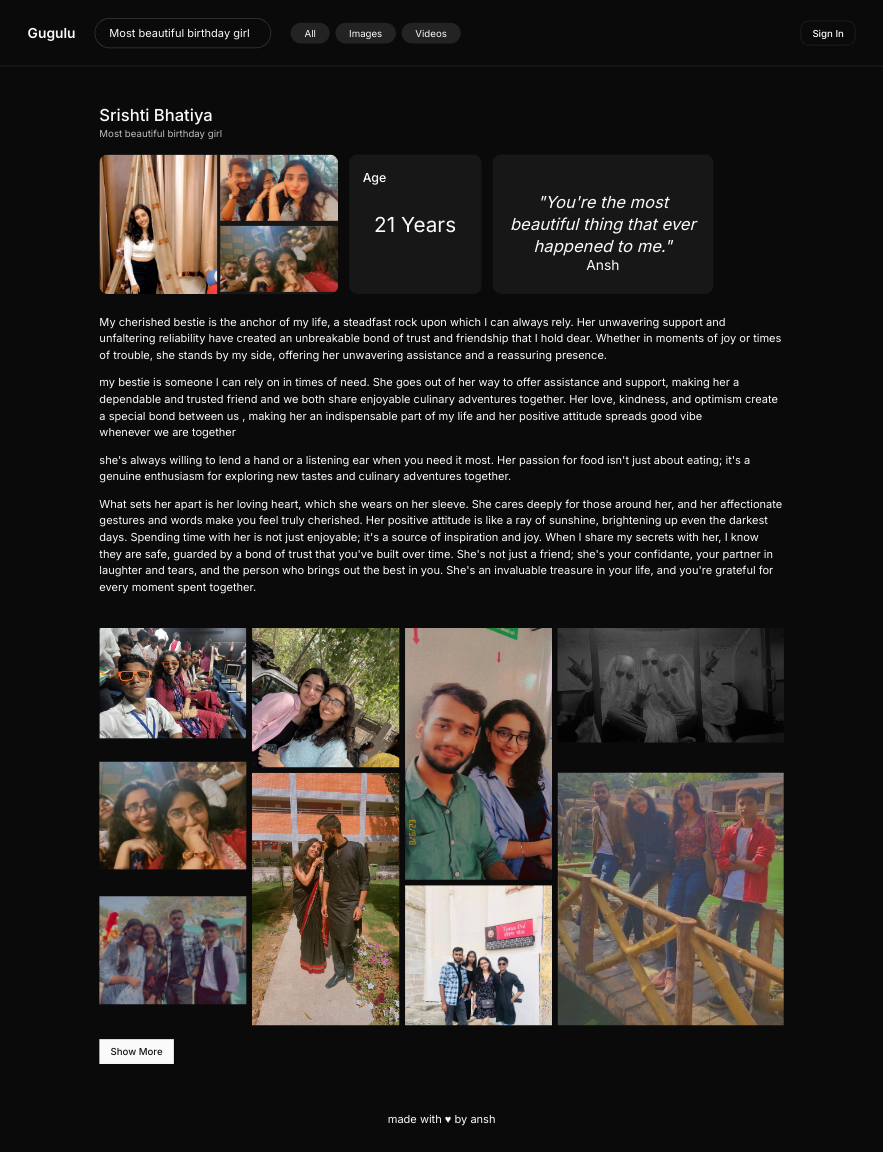
Repository: Harshgoel17/anshfinal
Page: /srishti
These files come from the project's save history. The page is drawn as it stood at one moment and after the next save; the edit follows.
The browser window is 1280 px wide. The pictures show the whole page, at 69% of full size.
The project was rebuilt for these pictures with package versions that can differ from the ones it lists, and the page was loaded fresh each time. The framework's server and built-in components were replaced by stand-ins that run in the browser. Also part of the build but not shown: next.config.js.

Above is the page before, as saved 2023-10-06 17:47:35.

After the next save:
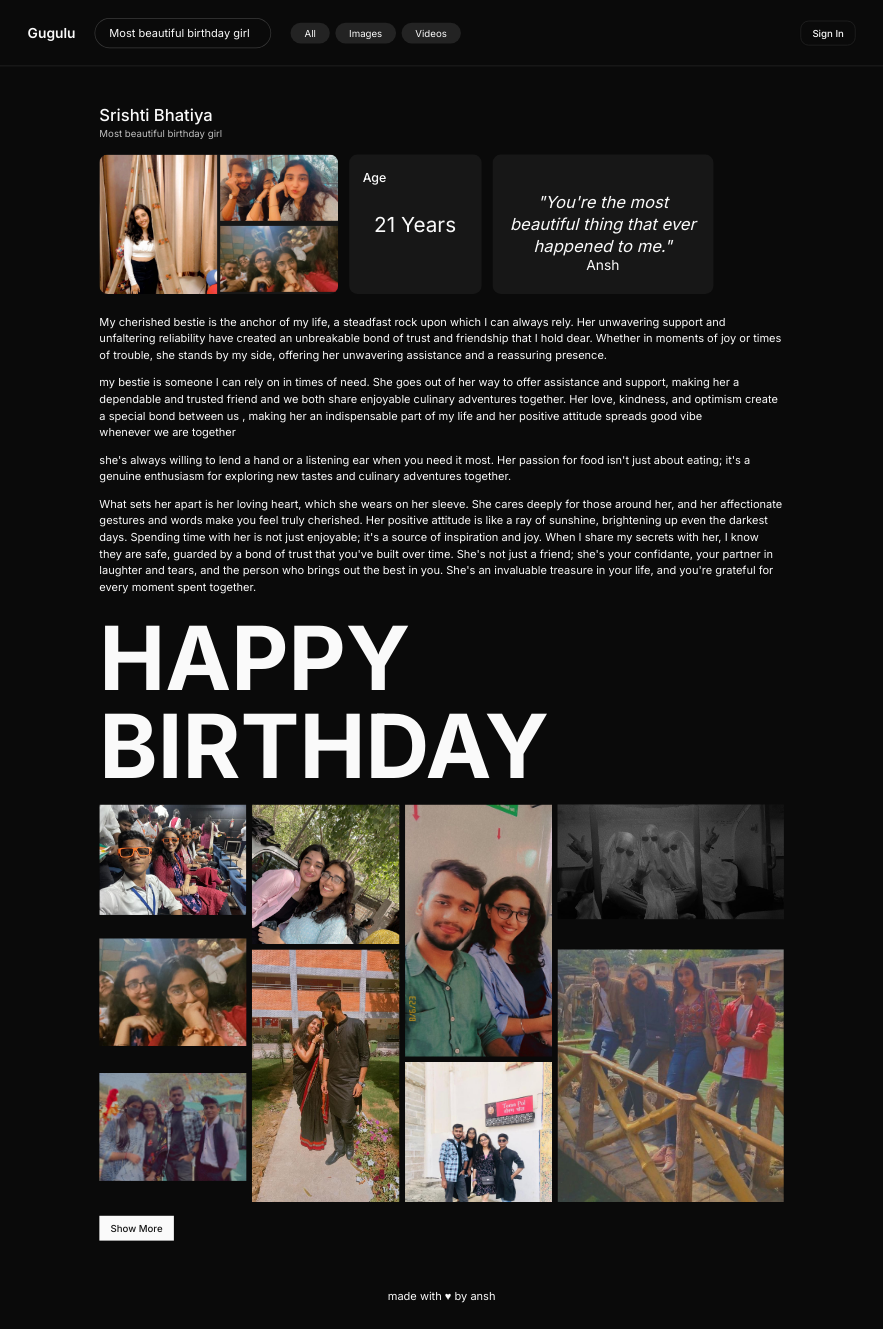
Saved 5 s later.
--- a/components/HappyBirthday.jsx
+++ b/components/HappyBirthday.jsx
@@ -3,7 +3,7 @@ import React from 'react'
 const HappyBirthday = () => {
   return (
     <div className='text-9xl font-bold'>
-
+        HAPPY BIRTHDAY
     </div>
   )
 }
